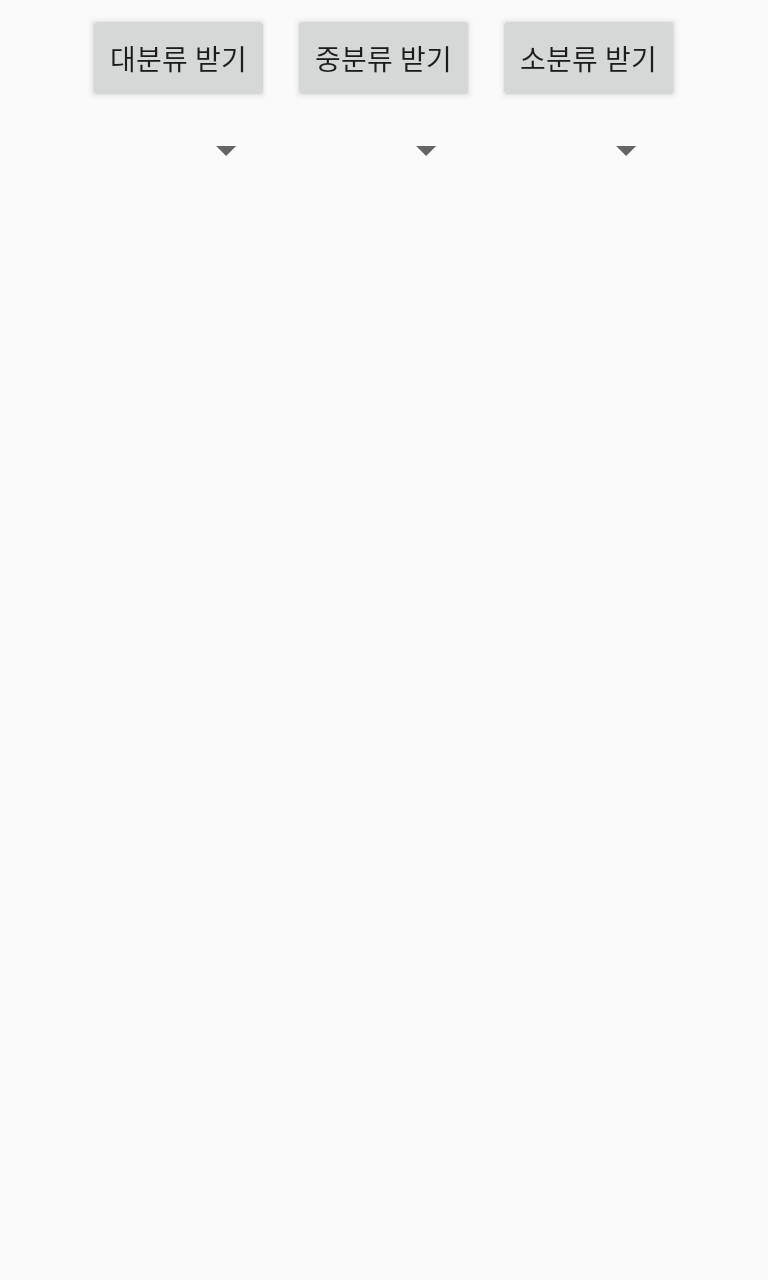
Repository: Jeonilju/rap
Layout: Android/RAP/res/layout/activity_iap_sample.xml
The author's editor kept a copy of each file at every save. The layout is drawn from the files as they stood at one save, then again after a run of saves.
It is drawn on a 768 x 1280 px phone screen (xhdpi) without system bars, with theme AppTheme; the app's code is not run.

Above is the layout before, as saved 2015-07-12 02:49:13.

After the next 2 saves:
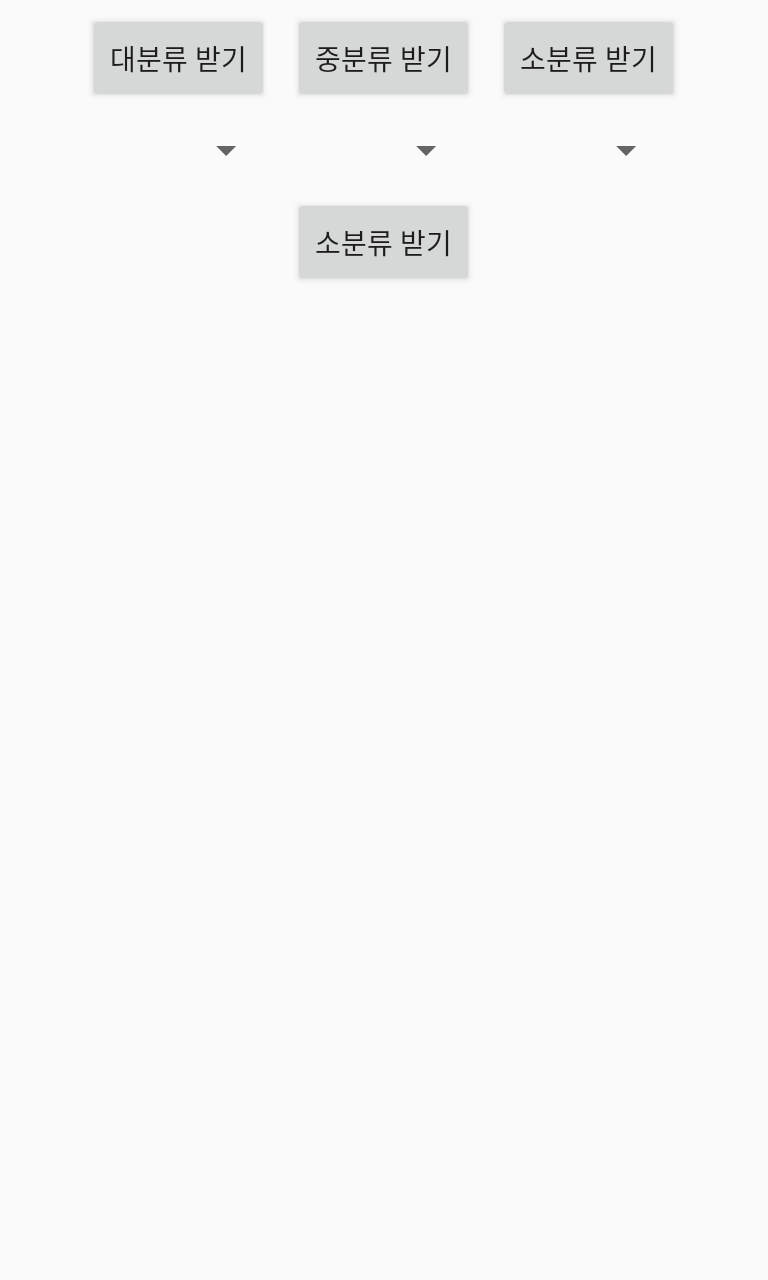
The 2 saves are shown as one change because they came seconds apart.
The last was saved 31 s later.
--- a/Android/RAP/res/layout/activity_iap_sample.xml
+++ b/Android/RAP/res/layout/activity_iap_sample.xml
@@ -57,4 +57,18 @@
 
 	</LinearLayout>
 
+    <LinearLayout
+        android:layout_width="fill_parent"
+        android:layout_height="wrap_content"
+        android:gravity="center">
+
+        <Button
+            android:id="@+id/iap_btn_getItems"
+            android:layout_width="wrap_content"
+            android:layout_height="wrap_content"
+            android:layout_margin="5dp"
+            android:text="소분류 받기"/>
+
+	</LinearLayout>
+
 </LinearLayout>
